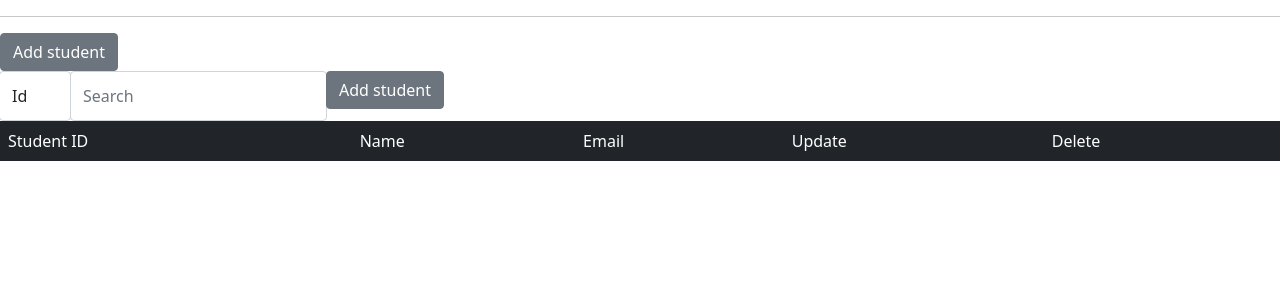
Repository: pradeep9689/monoceptAssignment
Page: http://localhost/09-student-mvc-db/StudentControlller
An editor plug-in stored every save of this project. The page is shown before and after the next save, followed by the edit.
The browser window is 1280 px wide. The pictures show the whole page.
The page is served by Tomcat 9. Other server files are loaded and not shown. Queries for data that is not in the repository find no rows.

Above is the page before, as saved 2024-07-19 04:13:54.

### 09-student-mvc-db/WebContent/view.jsp
<%@ page language="java" contentType="text/html; charset=ISO-8859-1"
    pageEncoding="ISO-8859-1"%>
    <%@ page
	import="java.util.List,java.util.ArrayList"%>
<%@ taglib uri="http://java.sun.com/jsp/jstl/core" prefix="c"%>
<%@ taglib uri="http://java.sun.com/jsp/jstl/functions" prefix="fn"%>
<!DOCTYPE html>
<html>
<head>
<link href="https://cdn.jsdelivr.net/npm/bootstrap@5.0.2/dist/css/bootstrap.min.css" rel="stylesheet" integrity="sha384-EVSTQN3/azprG1Anm3QDgpJLIm9Nao0Yz1ztcQTwFspd3yD65VohhpuuCOmLASjC" crossorigin="anonymous">
<meta charset="ISO-8859-1">
<title>Insert title here</title>
</head>
<body>
<hr>
<form action="addStudent.jsp" method="get">


        <input type="submit" value="Add student" class="btn btn-secondary"  >
    </form>
    <form class="input-group" action="StudentControlller" method="get">
    <input type="hidden" name="command" value="search" />
    <div class="form-group">
      <select class="form-control" id="type" name="type" style="height:50px;">
        <option value="Id">Id</option>
        <option value="Name">Name</option>

        <option value="Email">Email</option>
      </select>
    </div>
    <div class="form-outline">
      <input type="search" id="input" name="input" style="height:50px;"class="form-control" placeholder="Search" />
    </div>
    <span class="input-group-append">
     <input type="submit" value="Add student" class="btn btn-secondary"  >

      </button>
    </span>
  </form>
<table  class="table table-dark table-borderless">
		<tr>
			<td>Student ID</td>
			<td>Name</td>
			<td>Email</td>
			<td>Update</td>
			<td>Delete</td>

		</tr>
		<c:forEach var="student" items="${theStudentList}">
			<tr>
				<td>${student.id}</td>
				<td>${student.name}</td>
				<td>${student.email}</td>
				<td>
				<a href="StudentControlller?command=load&id=${student.id}" class="btn btn-secondary">Update</a>
				<%-- <c:url var="updateLink" value="StudentControlller">
          <c:param name="command" value="load" />
          <c:param name="id" value="${student.id}" />
        </c:url> --%>
				<a href="StudentControlller?command=delete&id=${student.id}" class="btn btn-warning">Delete</a>
				</td>
			</tr>
		</c:forEach>
	</table>

</body>
</html>

### 09-student-mvc-db/src/com/monocept/controller/StudentControlller.java
package com.monocept.controller;

import java.io.IOException;
import java.io.PrintWriter;
import java.sql.SQLException;
import java.util.ArrayList;
import java.util.List;

import javax.annotation.Resource;
import javax.servlet.RequestDispatcher;
import javax.servlet.ServletException;
import javax.servlet.annotation.WebServlet;
import javax.servlet.http.HttpServlet;
import javax.servlet.http.HttpServletRequest;
import javax.servlet.http.HttpServletResponse;
import javax.sql.DataSource;

import com.monocept.entity.Student;
import com.monocept.entity.Studentdb;

@WebServlet("/StudentControlller")
public class StudentControlller extends HttpServlet {
	private static final long serialVersionUID = 1L;
	private Studentdb studentdb;
	@Resource(name = "jdbc/student")
	private DataSource dataSource;

	@Override
	public void init() throws ServletException {

		super.init();
		studentdb = new Studentdb(dataSource);
	}

	protected void doGet(HttpServletRequest request, HttpServletResponse response)
			throws ServletException, IOException {
		String command;
		command = request.getParameter("command");
		System.out.println(command);

		if (command == null) {
			command = "list";
		}

		switch (command) {
		case "add":
			addStudent(request, response);
			break;

		case "load":
			try {
				loadStudent(request, response);
			} catch (ServletException e) {
				e.printStackTrace();
			} catch (IOException e) {
				e.printStackTrace();
			} catch (SQLException e) {
				e.printStackTrace();
			}
			break;

		case "delete":
			deleteStudent(request, response);
			break;
		case "update":
			updateStudent(request, response);
			break;
		case "search":
			try {
				searchStudent(request, response);
			} catch (SQLException e) {
				// TODO Auto-generated catch block
				e.printStackTrace();
			} catch (IOException e) {
				// TODO Auto-generated catch block
				e.printStackTrace();
			}
			break;
		default:
			listOfStudent(request, response);
		}
	}

	private void searchStudent(HttpServletRequest request, HttpServletResponse response)
			throws SQLException, IOException, ServletException {
		String input = request.getParameter("input");
		String type = request.getParameter("type");
		List<Student> studentList = new ArrayList<Student>();
		switch (type) {
		case "Id":
			int id = Integer.parseInt(input);
			Student student = studentdb.getStudent(id);
			studentList.add(student);
			break;

		default:
			studentList = studentdb.searchStudents(type, input);
			break;
		}
		System.out.println(studentList);
		request.setAttribute("theStudentList", studentList);
		RequestDispatcher requestDispatcher = request.getRequestDispatcher("view.jsp");
		try {
			requestDispatcher.forward(request, response);
		} catch (ServletException e) {
			e.printStackTrace();
		} catch (IOException e) {
			e.printStackTrace();
		}

	}

	private void updateStudent(HttpServletRequest request, HttpServletResponse response)
			throws ServletException, IOException {
		System.out.println("update method");
		int id = Integer.parseInt(request.getParameter("id"));
		System.out.println(id);
		String name = request.getParameter("name");

		String email = request.getParameter("email");

		Student updatedStudent = new Student(id, name, email);
		System.out.println(updatedStudent);
		studentdb.updateStudent(updatedStudent);
		// listOfStudent(request, response);
		response.sendRedirect(request.getContextPath() + "/StudentControlller?command=list");

	}

	private void loadStudent(HttpServletRequest request, HttpServletResponse response)
			throws ServletException, IOException, SQLException {
		int id = Integer.parseInt(request.getParameter("id"));
		Student student = studentdb.getStudent(id);

		RequestDispatcher requestDispatcher = request.getRequestDispatcher("update-student-form.jsp");
		request.setAttribute("theStudent", student);
		requestDispatcher.forward(request, response);

	}

	private void deleteStudent(HttpServletRequest request, HttpServletResponse response) throws IOException {

		int studentId = Integer.parseInt(request.getParameter("id"));
		studentdb.deleteStudent(studentId);
		response.sendRedirect(request.getContextPath() + "/StudentControlller?command=list");

	}

	private void addStudent(HttpServletRequest request, HttpServletResponse response)
			throws IOException, ServletException {
		String name = request.getParameter("student_name");
		String email = request.getParameter("student_mail");
		Student student = new Student(name, email);
		boolean isAdded = studentdb.addStudent(student);
		// listOfStudent(request, response);
		response.sendRedirect(request.getContextPath() + "/StudentControlller?command=list");

	}

	private void listOfStudent(HttpServletRequest request, HttpServletResponse response)
			throws ServletException, IOException {
		List<Student> studentList = studentdb.getStudents();

		RequestDispatcher requestDispatcher = request.getRequestDispatcher("view.jsp");
		request.setAttribute("theStudentList", studentList);
		requestDispatcher.forward(request, response);
	}

	protected void doPost(HttpServletRequest request, HttpServletResponse response)
			throws ServletException, IOException {

		doGet(request, response);
	}

}

After the next save:
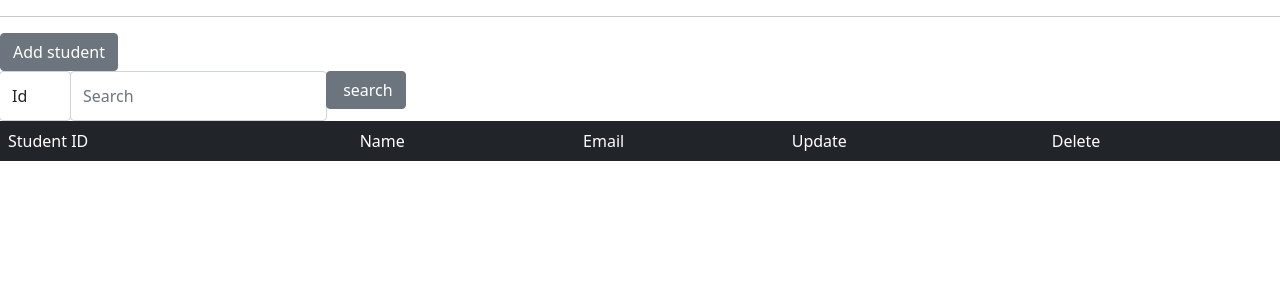
Saved 26 s later.
--- a/09-student-mvc-db/WebContent/view.jsp
+++ b/09-student-mvc-db/WebContent/view.jsp
@@ -32,7 +32,7 @@
       <input type="search" id="input" name="input" style="height:50px;"class="form-control" placeholder="Search" />
     </div>
     <span class="input-group-append">
-     <input type="submit" value="Add student" class="btn btn-secondary"  >
+     <input type="submit" value=" search" class="btn btn-secondary"  >
 
       </button>
     </span>
